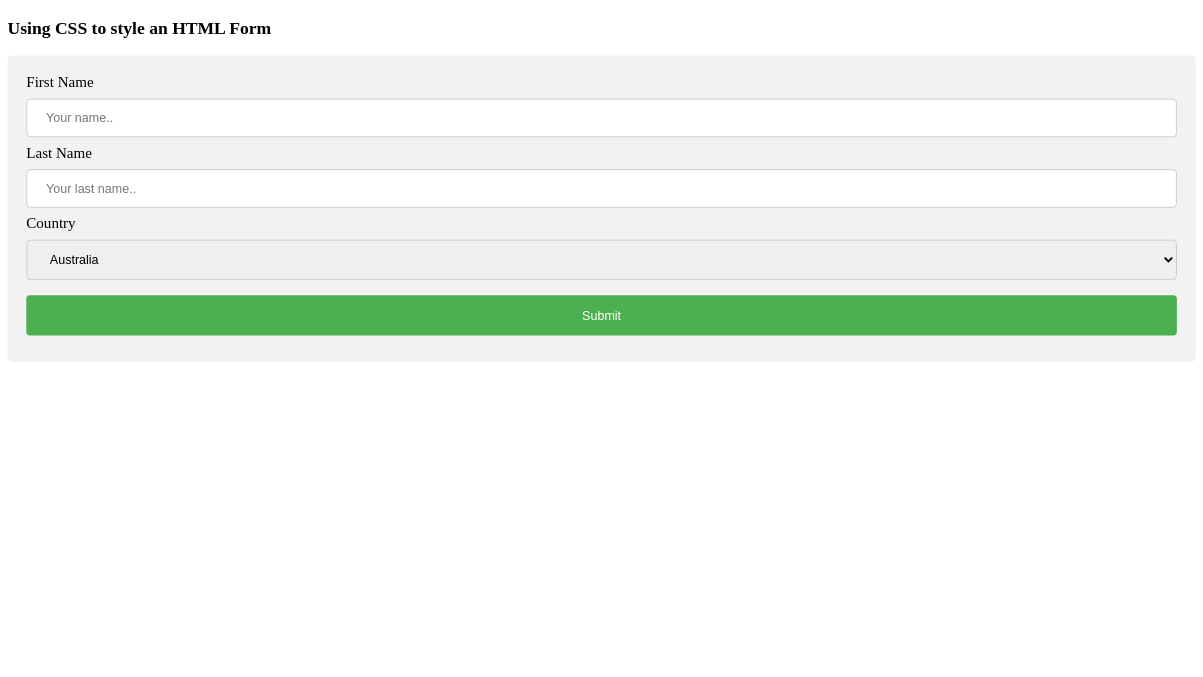
Repository: EcomProj/EcomProject
Page: http://localhost/EcomWebApplication/WEB-INF/jsp/addcustomer.jsp
An editor plug-in stored every save of this project. The page is shown before and after the next save, followed by the edit.
The browser window is 1280 px wide. The pictures show the whole page, at 94% of full size.
The page is served by Tomcat 9. Nobody is signed in. Other server files are loaded and not shown. The template is opened directly, without the code that normally fills it, so the values that code supplies are empty.

Above is the page before, as saved 2019-12-22 14:18:42.

### EcomWebApplication/src/main/webapp/WEB-INF/jsp/addcustomer.jsp
<!DOCTYPE html>
<html>
<style>
input[type=text], select {
  width: 100%;
  padding: 12px 20px;
  margin: 8px 0;
  display: inline-block;
  border: 1px solid #ccc;
  border-radius: 4px;
  box-sizing: border-box;
}

input[type=submit] {
  width: 100%;
  background-color: #4CAF50;
  color: white;
  padding: 14px 20px;
  margin: 8px 0;
  border: none;
  border-radius: 4px;
  cursor: pointer;
}

input[type=submit]:hover {
  background-color: #45a049;
}

div {
  border-radius: 5px;
  background-color: #f2f2f2;
  padding: 20px;
}
</style>
<body>

<h3>Using CSS to style an HTML Form</h3>

<div>
  <form action="/">
    <label for="fname">First Name</label>
    <input type="text" id="fname" name="firstname" placeholder="Your name..">

    <label for="lname">Last Name</label>
    <input type="text" id="lname" name="lastname" placeholder="Your last name..">

    <label for="country">Country</label>
    <select id="country" name="country">
      <option value="australia">Australia</option>
      <option value="canada">Canada</option>
      <option value="usa">USA</option>
    </select>

    <input type="submit" value="Submit">
  </form>
</div>

</body>
</html>

After the next save:
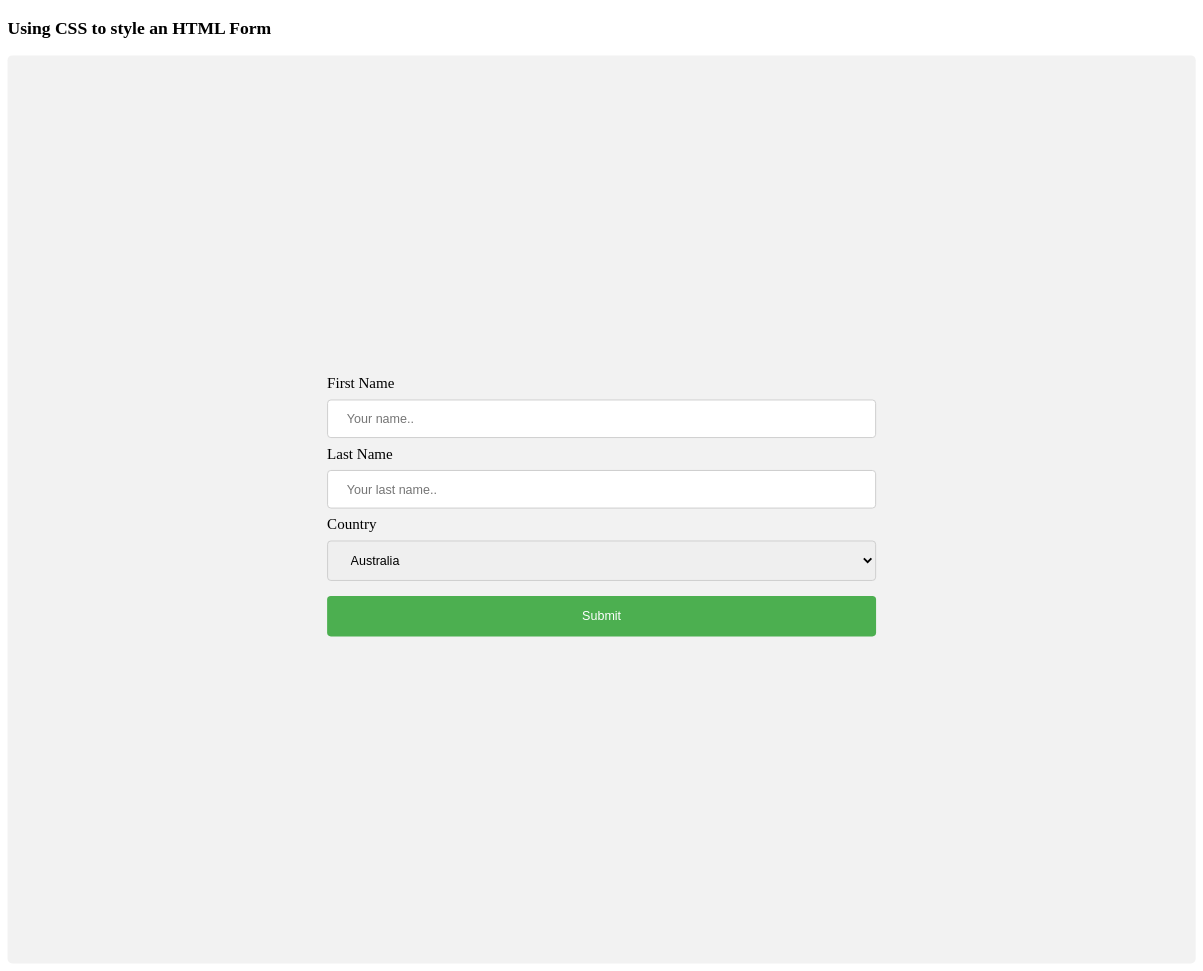
Saved 3 min 5 s later.
--- a/EcomWebApplication/src/main/webapp/WEB-INF/jsp/addcustomer.jsp
+++ b/EcomWebApplication/src/main/webapp/WEB-INF/jsp/addcustomer.jsp
@@ -29,7 +29,7 @@ input[type=submit]:hover {
 div {
   border-radius: 5px;
   background-color: #f2f2f2;
-  padding: 20px;
+  padding: 340px;
 }
 </style>
 <body>
